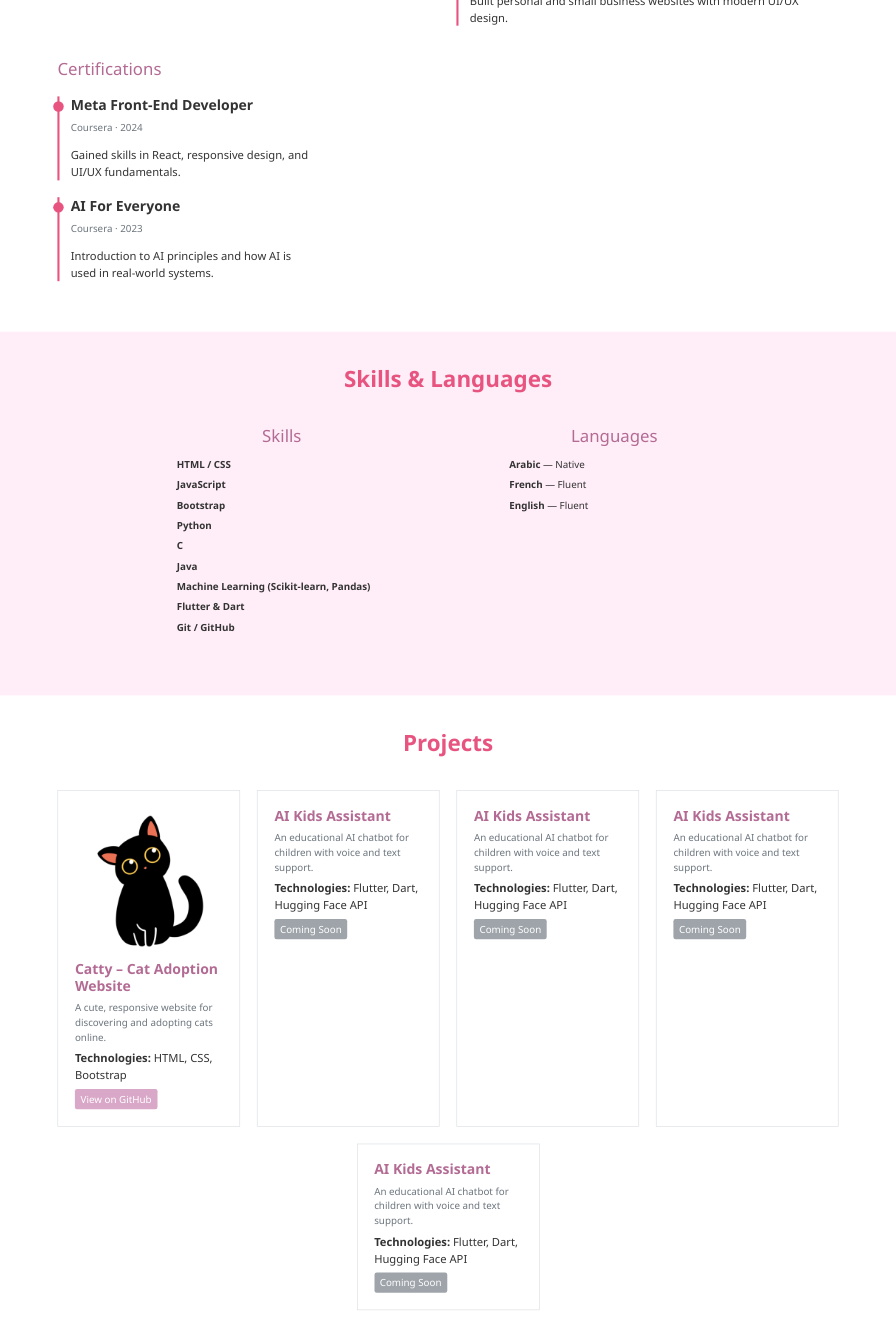
Repository: rihebtlh/portfolio
Page: new.html
These files come from the project's save history. The page is drawn as it stood at one moment and after the next save; the edit follows.
The browser window is 1280 px wide. The pictures show the part of the page from y = 1644 to 3564 px (the page is 3564 px tall), at 70% of full size.

Above is the page before, as saved 2025-07-02 16:04:07.

### new.html
<!DOCTYPE html>
<html lang="en">
<head>
  <meta charset="UTF-8" />
  <meta name="viewport" content="width=device-width, initial-scale=1.0" />
  <title>Riheb Talhi Portfolio</title>
  <link href="https://cdn.jsdelivr.net/npm/bootstrap@5.0.2/dist/css/bootstrap.min.css" rel="stylesheet" />
  <script src="https://cdn.jsdelivr.net/npm/bootstrap@5.0.2/dist/js/bootstrap.bundle.min.js"></script>
  <link rel="stylesheet" href="https://cdn.jsdelivr.net/npm/bootstrap-icons@1.10.5/font/bootstrap-icons.css">


  <style>
    body {
      font-family: 'Segoe UI', sans-serif;
      color: #333;
      background: #fff;
    }

    .navbar {
      background: rgba(255, 255, 255, 0.9);
      box-shadow: 0 4px 6px rgba(0, 0, 0, 0.05);
    }

    .navbar-nav .nav-link {
      color: #b36b94 !important;
      font-weight: 500;
    }

    .navbar-nav .nav-link:hover {
      color: #e75480 !important;
    }

    .btn-secondary {
      background-color: #d9a7c7;
      border: none;
    }

    .btn-secondary:hover {
      background-color: #e2b8d3;
    }

    h1, h2 {
      font-weight: 700;
    }

    .display-2 {
      color: #e75480;
    }

    .display-5 {
      color: #a070a8;
    }

    section {
      padding: 4rem 0;
    }

    .head {
      background-color: #ffeef8;
    }

    .about {
      background-color: #ffffff;
    }

    .about h2 {
      color: #e75480;
    }

    .about p {
      font-size: 1.1rem;
      color: #444;
      max-width: 800px;
    }

    img.rounded-circle {
      border: 4px solid #fff;
    }
    /* Simple timeline style */
  .timeline-item {
    border-left: 3px solid #e75480;
    padding-left: 1rem;
    position: relative;
  }
  .timeline-item::before {
    content: '';
    position: absolute;
    left: -9px;
    top: 0.4rem;
    width: 15px;
    height: 15px;
    background: #e75480;
    border-radius: 50%;
  }
  </style>
</head>
<body>

  <!-- Navbar -->
  <nav class="navbar navbar-expand-md navbar-light fixed-top">
    <div class="container-xxl">
      <button class="navbar-toggler" type="button" data-bs-toggle="collapse" data-bs-target="#main-nav"
        aria-controls="main-nav" aria-expanded="false" aria-label="Toggle navigation">
        <span class="navbar-toggler-icon"></span>
      </button>

      <div class="collapse navbar-collapse justify-content-end align-items-center" id="main-nav">
        <ul class="navbar-nav">
          <li class="nav-item"><a class="nav-link" href="#about">About Me</a></li>
          <li class="nav-item"><a class="nav-link" href="#resume">My Resume</a></li>
          <li class="nav-item"><a class="nav-link" href="#skills">Skills & Languages</a></li>
          <li class="nav-item"><a class="nav-link" href="#projects">Projects</a></li>
          <li class="nav-item ms-2 d-none d-md-inline">
            <a class="btn btn-secondary" href="#contact">Contact me here!</a>
          </li>
        </ul>
      </div>
    </div>
  </nav>

  <!-- Hero Section -->
    <section class="head d-flex align-items-center" style="min-height: 100vh;" id="home">
    <div class="container-lg">
        <div class="row justify-content-center align-items-center">
        <div class="col-md-8 text-start">
            <h1>
            <div class="display-2 fw-bold">Riheb Talhi</div>
            <div class="display-5">Computer Science Student</div>
            <div class="display-6 text-muted">just love to solve real-world problems through creative coding.</div>
            </h1>
        </div>
        <div class="col-md-4 text-center d-none d-md-block">
            <span class="tt" data-bs-placement="bottom" title="pic">
            <img src="/assets/pic.jpg" alt="Your photo" class="img-fluid rounded-circle shadow" style="max-height: 400px;">
            </span>
        </div>
        </div>
    </div>
    </section>


  <!-- About Me Section (White) -->
  <section class="about" id="about">
    <div class="container-lg">
      <div class="row justify-content-center">
        <div class="col-md-5">
          <h2 class="mb-4">About Me</h2>
          <p><strong>Name:</strong> Riheb Talhi</p>
          <p><strong>Email:</strong> talhiriheb@gmail.com</p>
          <p><strong>Education:</strong> university of science and technology of oran - mohamed boudiaf</p>
          <p>
            <i class="bi bi-github text-dark me-2"></i>
            <a href="https://github.com/rihebtlh" target="_blank">@rihebtlh</a>
          </p>
          <p>
            <i class="bi bi-linkedin"></i>
            <a href="https://www.linkedin.com/in/riheb-talhi-bab320293" target="_blank">Talhi Riheb</a>
          </p>
          <p>
            I love building smart, helpful apps and exploring the world of artificial intelligence.
            Currently, I'm focused on AI development especially in natural language processing (NLP) and machine learning (ML).
          </p>

        </div>
      </div>
    </div>
  </section>
  <!-- Resume Section -->
    <section id="resume" class="py-5" style="background:#fff;">
        <div class="container-lg">
            <h2 class="mb-5" style="color:#e75480;">My Resume</h2>
            <div class="row">

            <!-- Education -->
            <div class="col-md-6 mb-4">
                <h4 class="mb-4" style="color:#b36b94;">Education</h4>
                <div class="timeline">
                <div class="timeline-item mb-4">
                    <h5 class="mb-1 fw-bold">University of Science and Technology of Oran - Mohamed Boudiaf</h5>
                    <p class="text-muted mb-0"><small>Bachelor's Degree in Computer Science</small></p>
                    <p class="text-muted"><small>2022 - 2025</small></p>
                    <p>Focused on software development, AI, and data structures.</p>
                </div>
                <!-- Add more education here if needed -->
                </div>
            </div>

            <!-- Experience -->
            <div class="col-md-6 mb-4">
                <h4 class="mb-4" style="color:#b36b94;">Experience</h4>
                <div class="timeline">
                <div class="timeline-item mb-4">
                    <h5 class="mb-1 fw-bold">Internship at XYZ Company</h5>
                    <p class="text-muted mb-0"><small>Summer 2023</small></p>
                    <p>Worked on developing web applications and learning Agile methodologies.</p>
                </div>
                <div class="timeline-item mb-4">
                    <h5 class="mb-1 fw-bold">Freelance Web Developer</h5>
                    <p class="text-muted mb-0"><small>2022 - Present</small></p>
                    <p>Built personal and small business websites with modern UI/UX design.</p>
                </div>
                <!-- Add more experience as needed -->
                </div>
            </div>
            </div>
            <!-- Certifications -->
            <div class="col-md-4 mb-4">
                <h4 class="mb-4" style="color:#b36b94;">Certifications</h4>
                <div class="timeline">
                <div class="timeline-item mb-4">
                    <h5 class="fw-bold">Meta Front-End Developer</h5>
                    <p class="text-muted"><small>Coursera · 2024</small></p>
                    <p>Gained skills in React, responsive design, and UI/UX fundamentals.</p>
                </div>
                <div class="timeline-item mb-4">
                    <h5 class="fw-bold">AI For Everyone</h5>
                    <p class="text-muted"><small>Coursera · 2023</small></p>
                    <p>Introduction to AI principles and how AI is used in real-world systems.</p>
                </div>
                </div>
            </div>
        </div>
    </section>
    <!-- Skills & Languages Section -->
    <section id="skills" class="py-5" style="background-color: #ffeef8;">
    <div class="container-lg text-center">
        <h2 class="mb-5" style="color: #e75480;">Skills & Languages</h2>

        <div class="row justify-content-center">
        <!-- Skills -->
        <div class="col-md-5 mb-4">
            <h4 class="mb-3" style="color: #b36b94;">Skills</h4>
            <ul class="list-unstyled small text-start mx-auto" style="max-width: 300px;">
            <li class="mb-2"><strong>HTML / CSS</strong></li>
            <li class="mb-2"><strong>JavaScript</strong></li>
            <li class="mb-2"><strong>Bootstrap</strong></li>
            <li class="mb-2"><strong>Python</strong></li>
            <li class="mb-2"><strong>C</strong></li>
            <li class="mb-2"><strong>Java</strong></li>
            <li class="mb-2"><strong>Machine Learning (Scikit-learn, Pandas)</strong></li>
            <li class="mb-2"><strong>Flutter & Dart</strong></li>
            <li class="mb-2"><strong>Git / GitHub</strong></li>
            </ul>
        </div>

        <!-- Languages -->
        <div class="col-md-5 mb-4">
            <h4 class="mb-3" style="color: #b36b94;">Languages</h4>
            <ul class="list-unstyled small text-start mx-auto" style="max-width: 300px;">
            <li class="mb-2"><strong>Arabic</strong> — Native</li>
            <li class="mb-2"><strong>French</strong> — Fluent</li>
            <li class="mb-2"><strong>English</strong> — Fluent</li>
            </ul>
        </div>
        </div>
    </div>
    </section>
    <!-- Projects Section -->
    <section id="projects" class="py-5" style="background-color: #fff;">
      <div class="container-lg">
        <h2 class="mb-5 text-center" style="color: #e75480;">Projects</h2>

        <div class="row justify-content-center g-4">

          <!-- Project 1 -->
          <div class="col-md-3">
            <div class="p-4 border rounded-4 h-100" style="border-color: #ffd6e8; background-color: #fff;">
              <!-- Project Image -->
              <img src="assets/catLogo.webp" alt="Catty Website Preview" class="img-fluid rounded mb-2">
              <!-- Project Content -->
              <h5 class="fw-bold" style="color: #b36b94;">Catty – Cat Adoption Website</h5>
              <p class="text-muted small mb-2">A cute, responsive website for discovering and adopting cats online.</p>
              <p class="mb-2"><strong>Technologies:</strong> HTML, CSS, Bootstrap</p>
              <a href="https://github.com/rihebtlh/catty-storefront" target="_blank" class="btn btn-sm btn-secondary">View on GitHub</a>
            </div>
          </div>


          <!-- Project 2 -->
          <div class="col-md-3">
            <div class="p-4 border rounded-4 h-100" style="border-color: #ffd6e8;">
              <h5 class="fw-bold" style="color: #b36b94;">AI Kids Assistant</h5>
              <p class="text-muted small mb-2">An educational AI chatbot for children with voice and text support.</p>
              <p class="mb-2"><strong>Technologies:</strong> Flutter, Dart, Hugging Face API</p>
              <a href="#" target="_blank" class="btn btn-sm btn-secondary disabled">Coming Soon</a>
            </div>
          </div>
          <!-- Project 3 -->
          <div class="col-md-3">
            <div class="p-4 border rounded-4 h-100" style="border-color: #ffd6e8;">
              <h5 class="fw-bold" style="color: #b36b94;">AI Kids Assistant</h5>
              <p class="text-muted small mb-2">An educational AI chatbot for children with voice and text support.</p>
              <p class="mb-2"><strong>Technologies:</strong> Flutter, Dart, Hugging Face API</p>
              <a href="#" target="_blank" class="btn btn-sm btn-secondary disabled">Coming Soon</a>
            </div>
          </div>
          <!-- Project 4 -->
          <div class="col-md-3">
            <div class="p-4 border rounded-4 h-100" style="border-color: #ffd6e8;">
              <h5 class="fw-bold" style="color: #b36b94;">AI Kids Assistant</h5>
              <p class="text-muted small mb-2">An educational AI chatbot for children with voice and text support.</p>
              <p class="mb-2"><strong>Technologies:</strong> Flutter, Dart, Hugging Face API</p>
              <a href="#" target="_blank" class="btn btn-sm btn-secondary disabled">Coming Soon</a>
            </div>
          </div>
          <!-- Project 5 -->
          <div class="col-md-3">
            <div class="p-4 border rounded-4 h-100" style="border-color: #ffd6e8;">
              <h5 class="fw-bold" style="color: #b36b94;">AI Kids Assistant</h5>
              <p class="text-muted small mb-2">An educational AI chatbot for children with voice and text support.</p>
              <p class="mb-2"><strong>Technologies:</strong> Flutter, Dart, Hugging Face API</p>
              <a href="#" target="_blank" class="btn btn-sm btn-secondary disabled">Coming Soon</a>
            </div>
          </div>

          <!-- Add more projects here -->

        </div>
      </div>
    </section>






  <!-- Tooltip Init -->
  <script>
    const tooltips = document.querySelectorAll('.tt');
    tooltips.forEach(t => {
      new bootstrap.Tooltip(t);
    });
  </script>

</body>
</html>

After the next save:
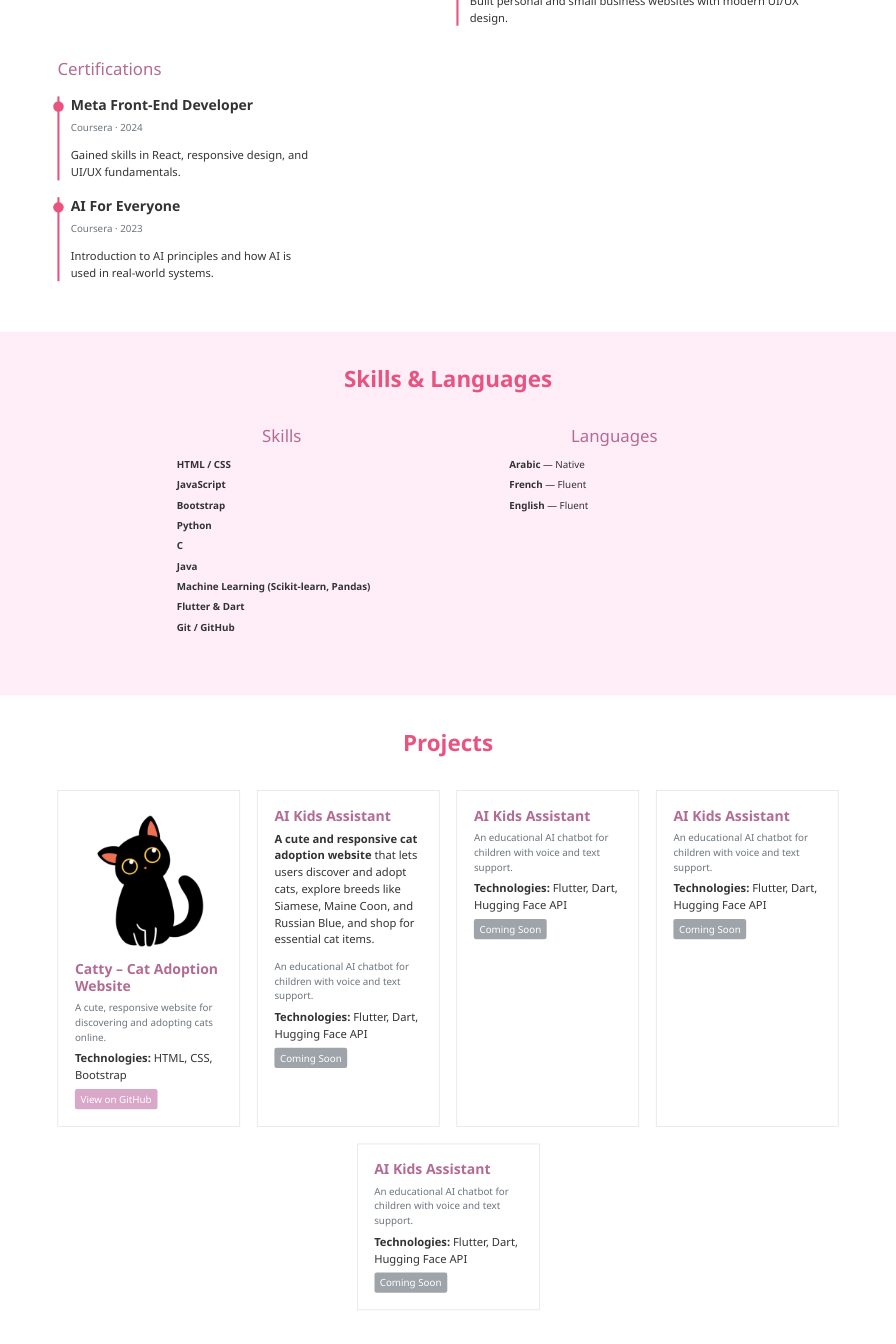
Saved 89 s later.
--- a/new.html
+++ b/new.html
@@ -280,6 +280,7 @@
           <div class="col-md-3">
             <div class="p-4 border rounded-4 h-100" style="border-color: #ffd6e8;">
               <h5 class="fw-bold" style="color: #b36b94;">AI Kids Assistant</h5>
+              <p><strong>A cute and responsive cat adoption website</strong> that lets users discover and adopt cats, explore breeds like Siamese, Maine Coon, and Russian Blue, and shop for essential cat items.</p>
               <p class="text-muted small mb-2">An educational AI chatbot for children with voice and text support.</p>
               <p class="mb-2"><strong>Technologies:</strong> Flutter, Dart, Hugging Face API</p>
               <a href="#" target="_blank" class="btn btn-sm btn-secondary disabled">Coming Soon</a>
